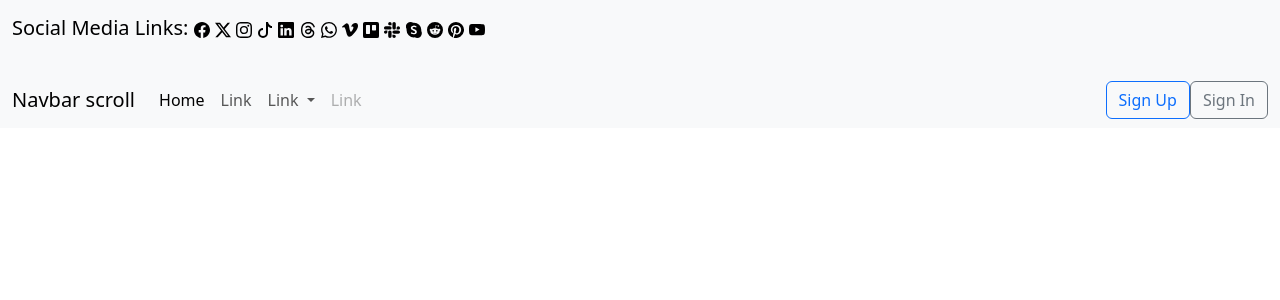
Repository: HaziimYassien/The-Discount-Empire
Page: index.html
An editor plug-in stored every save of this project. The page is shown before and after the next save, followed by the edit.
The browser window is 1280 px wide. The pictures show the whole page.

Above is the page before, as saved 2024-01-24 17:25:10.

### index.html
<!DOCTYPE html>
<html lang="en">
  <head>
    <meta charset="UTF-8" />
    <meta name="viewport" content="width=device-width, initial-scale=1.0" />
    <link rel="stylesheet" href="/style.css" />
    <link rel="stylesheet" href="/css/bootstrap.css" />
    <title>Document</title>
  </head>
  <body>
    <!-- START _SocialMediaBar -->
<nav class="navbar sticky-top navbar-light bg-light">
  <div class="container-fluid">
    <p class="navbar-brand" href="#">Social Media Links: </a>
    <svg xmlns="http://www.w3.org/2000/svg" width="16" height="16" fill="currentColor" class="bi bi-facebook" viewBox="0 0 16 16">
  <path d="M16 8.049c0-4.446-3.582-8.05-8-8.05C3.58 0-.002 3.603-.002 8.05c0 4.017 2.926 7.347 6.75 7.951v-5.625h-2.03V8.05H6.75V6.275c0-2.017 1.195-3.131 3.022-3.131.876 0 1.791.157 1.791.157v1.98h-1.009c-.993 0-1.303.621-1.303 1.258v1.51h2.218l-.354 2.326H9.25V16c3.824-.604 6.75-3.934 6.75-7.951"/>
</svg>
<svg xmlns="http://www.w3.org/2000/svg" width="16" height="16" fill="currentColor" class="bi bi-twitter-x" viewBox="0 0 16 16">
  <path d="M12.6.75h2.454l-5.36 6.142L16 15.25h-4.937l-3.867-5.07-4.425 5.07H.316l5.733-6.57L0 .75h5.063l3.495 4.633L12.601.75Zm-.86 13.028h1.36L4.323 2.145H2.865z"/>
</svg>
<svg xmlns="http://www.w3.org/2000/svg" width="16" height="16" fill="currentColor" class="bi bi-instagram" viewBox="0 0 16 16">
  <path d="M8 0C5.829 0 5.556.01 4.703.048 3.85.088 3.269.222 2.76.42a3.9 3.9 0 0 0-1.417.923A3.9 3.9 0 0 0 .42 2.76C.222 3.268.087 3.85.048 4.7.01 5.555 0 5.827 0 8.001c0 2.172.01 2.444.048 3.297.04.852.174 1.433.372 1.942.205.526.478.972.923 1.417.444.445.89.719 1.416.923.51.198 1.09.333 1.942.372C5.555 15.99 5.827 16 8 16s2.444-.01 3.298-.048c.851-.04 1.434-.174 1.943-.372a3.9 3.9 0 0 0 1.416-.923c.445-.445.718-.891.923-1.417.197-.509.332-1.09.372-1.942C15.99 10.445 16 10.173 16 8s-.01-2.445-.048-3.299c-.04-.851-.175-1.433-.372-1.941a3.9 3.9 0 0 0-.923-1.417A3.9 3.9 0 0 0 13.24.42c-.51-.198-1.092-.333-1.943-.372C10.443.01 10.172 0 7.998 0zm-.717 1.442h.718c2.136 0 2.389.007 3.232.046.78.035 1.204.166 1.486.275.373.145.64.319.92.599s.453.546.598.92c.11.281.24.705.275 1.485.039.843.047 1.096.047 3.231s-.008 2.389-.047 3.232c-.035.78-.166 1.203-.275 1.485a2.5 2.5 0 0 1-.599.919c-.28.28-.546.453-.92.598-.28.11-.704.24-1.485.276-.843.038-1.096.047-3.232.047s-2.39-.009-3.233-.047c-.78-.036-1.203-.166-1.485-.276a2.5 2.5 0 0 1-.92-.598 2.5 2.5 0 0 1-.6-.92c-.109-.281-.24-.705-.275-1.485-.038-.843-.046-1.096-.046-3.233s.008-2.388.046-3.231c.036-.78.166-1.204.276-1.486.145-.373.319-.64.599-.92s.546-.453.92-.598c.282-.11.705-.24 1.485-.276.738-.034 1.024-.044 2.515-.045zm4.988 1.328a.96.96 0 1 0 0 1.92.96.96 0 0 0 0-1.92m-4.27 1.122a4.109 4.109 0 1 0 0 8.217 4.109 4.109 0 0 0 0-8.217m0 1.441a2.667 2.667 0 1 1 0 5.334 2.667 2.667 0 0 1 0-5.334"/>
</svg>
<svg xmlns="http://www.w3.org/2000/svg" width="16" height="16" fill="currentColor" class="bi bi-tiktok" viewBox="0 0 16 16">
  <path d="M9 0h1.98c.144.715.54 1.617 1.235 2.512C12.895 3.389 13.797 4 15 4v2c-1.753 0-3.07-.814-4-1.829V11a5 5 0 1 1-5-5v2a3 3 0 1 0 3 3z"/>
</svg>
<svg xmlns="http://www.w3.org/2000/svg" width="16" height="16" fill="currentColor" class="bi bi-linkedin" viewBox="0 0 16 16">
  <path d="M0 1.146C0 .513.526 0 1.175 0h13.65C15.474 0 16 .513 16 1.146v13.708c0 .633-.526 1.146-1.175 1.146H1.175C.526 16 0 15.487 0 14.854zm4.943 12.248V6.169H2.542v7.225zm-1.2-8.212c.837 0 1.358-.554 1.358-1.248-.015-.709-.52-1.248-1.342-1.248S2.4 3.226 2.4 3.934c0 .694.521 1.248 1.327 1.248zm4.908 8.212V9.359c0-.216.016-.432.08-.586.173-.431.568-.878 1.232-.878.869 0 1.216.662 1.216 1.634v3.865h2.401V9.25c0-2.22-1.184-3.252-2.764-3.252-1.274 0-1.845.7-2.165 1.193v.025h-.016l.016-.025V6.169h-2.4c.03.678 0 7.225 0 7.225z"/>
</svg>
<svg xmlns="http://www.w3.org/2000/svg" width="16" height="16" fill="currentColor" class="bi bi-threads" viewBox="0 0 16 16">
  <path d="M6.321 6.016c-.27-.18-1.166-.802-1.166-.802.756-1.081 1.753-1.502 3.132-1.502.975 0 1.803.327 2.394.948s.928 1.509 1.005 2.644q.492.207.905.484c1.109.745 1.719 1.86 1.719 3.137 0 2.716-2.226 5.075-6.256 5.075C4.594 16 1 13.987 1 7.994 1 2.034 4.482 0 8.044 0 9.69 0 13.55.243 15 5.036l-1.36.353C12.516 1.974 10.163 1.43 8.006 1.43c-3.565 0-5.582 2.171-5.582 6.79 0 4.143 2.254 6.343 5.63 6.343 2.777 0 4.847-1.443 4.847-3.556 0-1.438-1.208-2.127-1.27-2.127-.236 1.234-.868 3.31-3.644 3.31-1.618 0-3.013-1.118-3.013-2.582 0-2.09 1.984-2.847 3.55-2.847.586 0 1.294.04 1.663.114 0-.637-.54-1.728-1.9-1.728-1.25 0-1.566.405-1.967.868ZM8.716 8.19c-2.04 0-2.304.87-2.304 1.416 0 .878 1.043 1.168 1.6 1.168 1.02 0 2.067-.282 2.232-2.423a6.2 6.2 0 0 0-1.528-.161"/>
</svg>
<svg xmlns="http://www.w3.org/2000/svg" width="16" height="16" fill="currentColor" class="bi bi-whatsapp" viewBox="0 0 16 16">
  <path d="M13.601 2.326A7.85 7.85 0 0 0 7.994 0C3.627 0 .068 3.558.064 7.926c0 1.399.366 2.76 1.057 3.965L0 16l4.204-1.102a7.9 7.9 0 0 0 3.79.965h.004c4.368 0 7.926-3.558 7.93-7.93A7.9 7.9 0 0 0 13.6 2.326zM7.994 14.521a6.6 6.6 0 0 1-3.356-.92l-.24-.144-2.494.654.666-2.433-.156-.251a6.56 6.56 0 0 1-1.007-3.505c0-3.626 2.957-6.584 6.591-6.584a6.56 6.56 0 0 1 4.66 1.931 6.56 6.56 0 0 1 1.928 4.66c-.004 3.639-2.961 6.592-6.592 6.592m3.615-4.934c-.197-.099-1.17-.578-1.353-.646-.182-.065-.315-.099-.445.099-.133.197-.513.646-.627.775-.114.133-.232.148-.43.05-.197-.1-.836-.308-1.592-.985-.59-.525-.985-1.175-1.103-1.372-.114-.198-.011-.304.088-.403.087-.088.197-.232.296-.346.1-.114.133-.198.198-.33.065-.134.034-.248-.015-.347-.05-.099-.445-1.076-.612-1.47-.16-.389-.323-.335-.445-.34-.114-.007-.247-.007-.38-.007a.73.73 0 0 0-.529.247c-.182.198-.691.677-.691 1.654s.71 1.916.81 2.049c.098.133 1.394 2.132 3.383 2.992.47.205.84.326 1.129.418.475.152.904.129 1.246.08.38-.058 1.171-.48 1.338-.943.164-.464.164-.86.114-.943-.049-.084-.182-.133-.38-.232"/>
</svg>
<svg xmlns="http://www.w3.org/2000/svg" width="16" height="16" fill="currentColor" class="bi bi-vimeo" viewBox="0 0 16 16">
  <path d="M15.992 4.204q-.106 2.334-3.262 6.393-3.263 4.243-5.522 4.243-1.4 0-2.367-2.583L3.55 7.523Q2.83 4.939 2.007 4.94q-.178.001-1.254.754L0 4.724a210 210 0 0 0 2.334-2.081q1.581-1.364 2.373-1.437 1.865-.185 2.298 2.553.466 2.952.646 3.666.54 2.447 1.186 2.445.5 0 1.508-1.587 1.006-1.587 1.077-2.415.144-1.37-1.077-1.37a3 3 0 0 0-1.185.261q1.183-3.86 4.508-3.756 2.466.075 2.324 3.2z"/>
</svg>
<svg xmlns="http://www.w3.org/2000/svg" width="16" height="16" fill="currentColor" class="bi bi-trello" viewBox="0 0 16 16">
  <path d="M14.1 0H1.903C.852 0 .002.85 0 1.9v12.19A1.9 1.9 0 0 0 1.902 16h12.199A1.9 1.9 0 0 0 16 14.09V1.9A1.9 1.9 0 0 0 14.1 0M7 11.367a.636.636 0 0 1-.64.633H3.593a.633.633 0 0 1-.63-.633V3.583c0-.348.281-.631.63-.633h2.765c.35.002.632.284.633.633zm6.052-3.5a.633.633 0 0 1-.64.633h-2.78A.636.636 0 0 1 9 7.867V3.583a.636.636 0 0 1 .633-.633h2.778c.35.002.631.285.631.633z"/>
</svg>
<svg xmlns="http://www.w3.org/2000/svg" width="16" height="16" fill="currentColor" class="bi bi-slack" viewBox="0 0 16 16">
  <path d="M3.362 10.11c0 .926-.756 1.681-1.681 1.681S0 11.036 0 10.111.756 8.43 1.68 8.43h1.682zm.846 0c0-.924.756-1.68 1.681-1.68s1.681.756 1.681 1.68v4.21c0 .924-.756 1.68-1.68 1.68a1.685 1.685 0 0 1-1.682-1.68zM5.89 3.362c-.926 0-1.682-.756-1.682-1.681S4.964 0 5.89 0s1.68.756 1.68 1.68v1.682zm0 .846c.924 0 1.68.756 1.68 1.681S6.814 7.57 5.89 7.57H1.68C.757 7.57 0 6.814 0 5.89c0-.926.756-1.682 1.68-1.682zm6.749 1.682c0-.926.755-1.682 1.68-1.682S16 4.964 16 5.889s-.756 1.681-1.68 1.681h-1.681zm-.848 0c0 .924-.755 1.68-1.68 1.68A1.685 1.685 0 0 1 8.43 5.89V1.68C8.43.757 9.186 0 10.11 0c.926 0 1.681.756 1.681 1.68zm-1.681 6.748c.926 0 1.682.756 1.682 1.681S11.036 16 10.11 16s-1.681-.756-1.681-1.68v-1.682h1.68zm0-.847c-.924 0-1.68-.755-1.68-1.68s.756-1.681 1.68-1.681h4.21c.924 0 1.68.756 1.68 1.68 0 .926-.756 1.681-1.68 1.681z"/>
</svg>
<svg xmlns="http://www.w3.org/2000/svg" width="16" height="16" fill="currentColor" class="bi bi-skype" viewBox="0 0 16 16">
  <path d="M4.671 0c.88 0 1.733.247 2.468.702a7.42 7.42 0 0 1 6.02 2.118 7.37 7.37 0 0 1 2.167 5.215q0 .517-.072 1.026a4.66 4.66 0 0 1 .6 2.281 4.64 4.64 0 0 1-1.37 3.294A4.67 4.67 0 0 1 11.18 16c-.84 0-1.658-.226-2.37-.644a7.42 7.42 0 0 1-6.114-2.107A7.37 7.37 0 0 1 .529 8.035q0-.545.08-1.081a4.644 4.644 0 0 1 .76-5.59A4.68 4.68 0 0 1 4.67 0zm.447 7.01c.18.309.43.572.729.769a7 7 0 0 0 1.257.653q.737.308 1.145.523c.229.112.437.264.615.448.135.142.21.331.21.528a.87.87 0 0 1-.335.723c-.291.196-.64.289-.99.264a2.6 2.6 0 0 1-1.048-.206 11 11 0 0 1-.532-.253 1.3 1.3 0 0 0-.587-.15.72.72 0 0 0-.501.176.63.63 0 0 0-.195.491.8.8 0 0 0 .148.482 1.2 1.2 0 0 0 .456.354 5.1 5.1 0 0 0 2.212.419 4.6 4.6 0 0 0 1.624-.265 2.3 2.3 0 0 0 1.08-.801c.267-.39.402-.855.386-1.327a2.1 2.1 0 0 0-.279-1.101 2.5 2.5 0 0 0-.772-.792A7 7 0 0 0 8.486 7.3a1 1 0 0 0-.145-.058 18 18 0 0 1-1.013-.447 1.8 1.8 0 0 1-.54-.387.73.73 0 0 1-.2-.508.8.8 0 0 1 .385-.723 1.76 1.76 0 0 1 .968-.247c.26-.003.52.03.772.096q.412.119.802.293c.105.049.22.075.336.076a.6.6 0 0 0 .453-.19.7.7 0 0 0 .18-.496.72.72 0 0 0-.17-.476 1.4 1.4 0 0 0-.556-.354 3.7 3.7 0 0 0-.708-.183 6 6 0 0 0-1.022-.078 4.5 4.5 0 0 0-1.536.258 2.7 2.7 0 0 0-1.174.784 1.9 1.9 0 0 0-.45 1.287c-.01.37.076.736.25 1.063"/>
</svg>
<svg xmlns="http://www.w3.org/2000/svg" width="16" height="16" fill="currentColor" class="bi bi-reddit" viewBox="0 0 16 16">
  <path d="M6.167 8a.83.83 0 0 0-.83.83c0 .459.372.84.83.831a.831.831 0 0 0 0-1.661m1.843 3.647c.315 0 1.403-.038 1.976-.611a.23.23 0 0 0 0-.306.213.213 0 0 0-.306 0c-.353.363-1.126.487-1.67.487-.545 0-1.308-.124-1.671-.487a.213.213 0 0 0-.306 0 .213.213 0 0 0 0 .306c.564.563 1.652.61 1.977.61zm.992-2.807c0 .458.373.83.831.83s.83-.381.83-.83a.831.831 0 0 0-1.66 0z"/>
  <path d="M16 8A8 8 0 1 1 0 8a8 8 0 0 1 16 0m-3.828-1.165c-.315 0-.602.124-.812.325-.801-.573-1.9-.945-3.121-.993l.534-2.501 1.738.372a.83.83 0 1 0 .83-.869.83.83 0 0 0-.744.468l-1.938-.41a.2.2 0 0 0-.153.028.2.2 0 0 0-.086.134l-.592 2.788c-1.24.038-2.358.41-3.17.992-.21-.2-.496-.324-.81-.324a1.163 1.163 0 0 0-.478 2.224q-.03.17-.029.353c0 1.795 2.091 3.256 4.669 3.256s4.668-1.451 4.668-3.256c0-.114-.01-.238-.029-.353.401-.181.688-.592.688-1.069 0-.65-.525-1.165-1.165-1.165"/>
</svg>
<svg xmlns="http://www.w3.org/2000/svg" width="16" height="16" fill="currentColor" class="bi bi-pinterest" viewBox="0 0 16 16">
  <path d="M8 0a8 8 0 0 0-2.915 15.452c-.07-.633-.134-1.606.027-2.297.146-.625.938-3.977.938-3.977s-.239-.479-.239-1.187c0-1.113.645-1.943 1.448-1.943.682 0 1.012.512 1.012 1.127 0 .686-.437 1.712-.663 2.663-.188.796.4 1.446 1.185 1.446 1.422 0 2.515-1.5 2.515-3.664 0-1.915-1.377-3.254-3.342-3.254-2.276 0-3.612 1.707-3.612 3.471 0 .688.265 1.425.595 1.826a.24.24 0 0 1 .056.23c-.061.252-.196.796-.222.907-.035.146-.116.177-.268.107-1-.465-1.624-1.926-1.624-3.1 0-2.523 1.834-4.84 5.286-4.84 2.775 0 4.932 1.977 4.932 4.62 0 2.757-1.739 4.976-4.151 4.976-.811 0-1.573-.421-1.834-.919l-.498 1.902c-.181.695-.669 1.566-.995 2.097A8 8 0 1 0 8 0"/>
</svg>
<svg xmlns="http://www.w3.org/2000/svg" width="16" height="16" fill="currentColor" class="bi bi-youtube" viewBox="0 0 16 16">
  <path d="M8.051 1.999h.089c.822.003 4.987.033 6.11.335a2.01 2.01 0 0 1 1.415 1.42c.101.38.172.883.22 1.402l.01.104.022.26.008.104c.065.914.073 1.77.074 1.957v.075c-.001.194-.01 1.108-.082 2.06l-.008.105-.009.104c-.05.572-.124 1.14-.235 1.558a2.01 2.01 0 0 1-1.415 1.42c-1.16.312-5.569.334-6.18.335h-.142c-.309 0-1.587-.006-2.927-.052l-.17-.006-.087-.004-.171-.007-.171-.007c-1.11-.049-2.167-.128-2.654-.26a2.01 2.01 0 0 1-1.415-1.419c-.111-.417-.185-.986-.235-1.558L.09 9.82l-.008-.104A31 31 0 0 1 0 7.68v-.123c.002-.215.01-.958.064-1.778l.007-.103.003-.052.008-.104.022-.26.01-.104c.048-.519.119-1.023.22-1.402a2.01 2.01 0 0 1 1.415-1.42c.487-.13 1.544-.21 2.654-.26l.17-.007.172-.006.086-.003.171-.007A100 100 0 0 1 7.858 2zM6.4 5.209v4.818l4.157-2.408z"/>
</svg>
  </div>
</nav>
    <!-- END _SocialMediaBar -->
    <!-- START _NavBar -->
    <nav class="navbar navbar-expand-lg navbar-light bg-light">
      <div class="container-fluid">
        <a class="navbar-brand" href="#">Navbar scroll</a>
        <button
          class="navbar-toggler"
          type="button"
          data-bs-toggle="collapse"
          data-bs-target="#navbarScroll"
          aria-controls="navbarScroll"
          aria-expanded="false"
          aria-label="Toggle navigation"
        >
          <span class="navbar-toggler-icon"></span>
        </button>
        <div class="collapse navbar-collapse" id="navbarScroll">
          <ul
            class="navbar-nav me-auto my-2 my-lg-0 navbar-nav-scroll"
            style="--bs-scroll-height: 100px"
          >
            <li class="nav-item">
              <a class="nav-link active" aria-current="page" href="#">Home</a>
            </li>
            <li class="nav-item">
              <a class="nav-link" href="#">Link</a>
            </li>
            <li class="nav-item dropdown">
              <a
                class="nav-link dropdown-toggle"
                href="#"
                id="navbarScrollingDropdown"
                role="button"
                data-bs-toggle="dropdown"
                aria-expanded="false"
              >
                Link
              </a>
              <ul
                class="dropdown-menu"
                aria-labelledby="navbarScrollingDropdown"
              >
                <li><a class="dropdown-item" href="#">Action</a></li>
                <li><a class="dropdown-item" href="#">Another action</a></li>
                <li><hr class="dropdown-divider" /></li>
                <li>
                  <a class="dropdown-item" href="#">Something else here</a>
                </li>
              </ul>
            </li>
            <li class="nav-item">
              <a
                class="nav-link disabled"
                href="#"
                tabindex="-1"
                aria-disabled="true"
                >Link</a
              >
            </li>
          </ul>

            <button class="btn btn-outline-primary" type="#">
              Sign Up
            </button>
              <button class="btn btn-outline-secondary" type="#">
              Sign In
            </button>
          </form>
        </div>
      </div>
    </nav>
    <!-- END _NavBar -->

    <script src="/js/bootstrap.js"></script>
    <script src="/script.js"></script>
  </body>
</html>

Loaded but not shown: css/bootstrap.css (library); js/bootstrap.js (library); style.css (no stored copy; drawn as an empty file); script.js (no stored copy; drawn as an empty file)

After the next save:
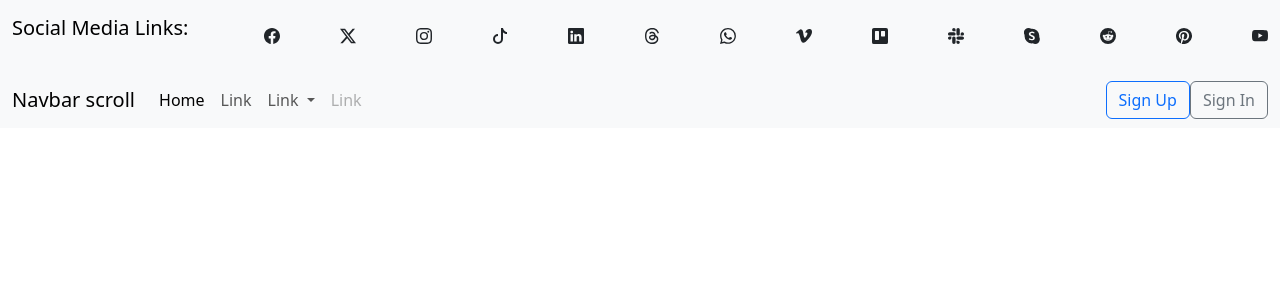
Saved 5 s later.
--- a/index.html
+++ b/index.html
@@ -11,7 +11,7 @@
     <!-- START _SocialMediaBar -->
 <nav class="navbar sticky-top navbar-light bg-light">
   <div class="container-fluid">
-    <p class="navbar-brand" href="#">Social Media Links: </a>
+    <p class="navbar-brand" href="#">Social Media Links: </p>
     <svg xmlns="http://www.w3.org/2000/svg" width="16" height="16" fill="currentColor" class="bi bi-facebook" viewBox="0 0 16 16">
   <path d="M16 8.049c0-4.446-3.582-8.05-8-8.05C3.58 0-.002 3.603-.002 8.05c0 4.017 2.926 7.347 6.75 7.951v-5.625h-2.03V8.05H6.75V6.275c0-2.017 1.195-3.131 3.022-3.131.876 0 1.791.157 1.791.157v1.98h-1.009c-.993 0-1.303.621-1.303 1.258v1.51h2.218l-.354 2.326H9.25V16c3.824-.604 6.75-3.934 6.75-7.951"/>
 </svg>
